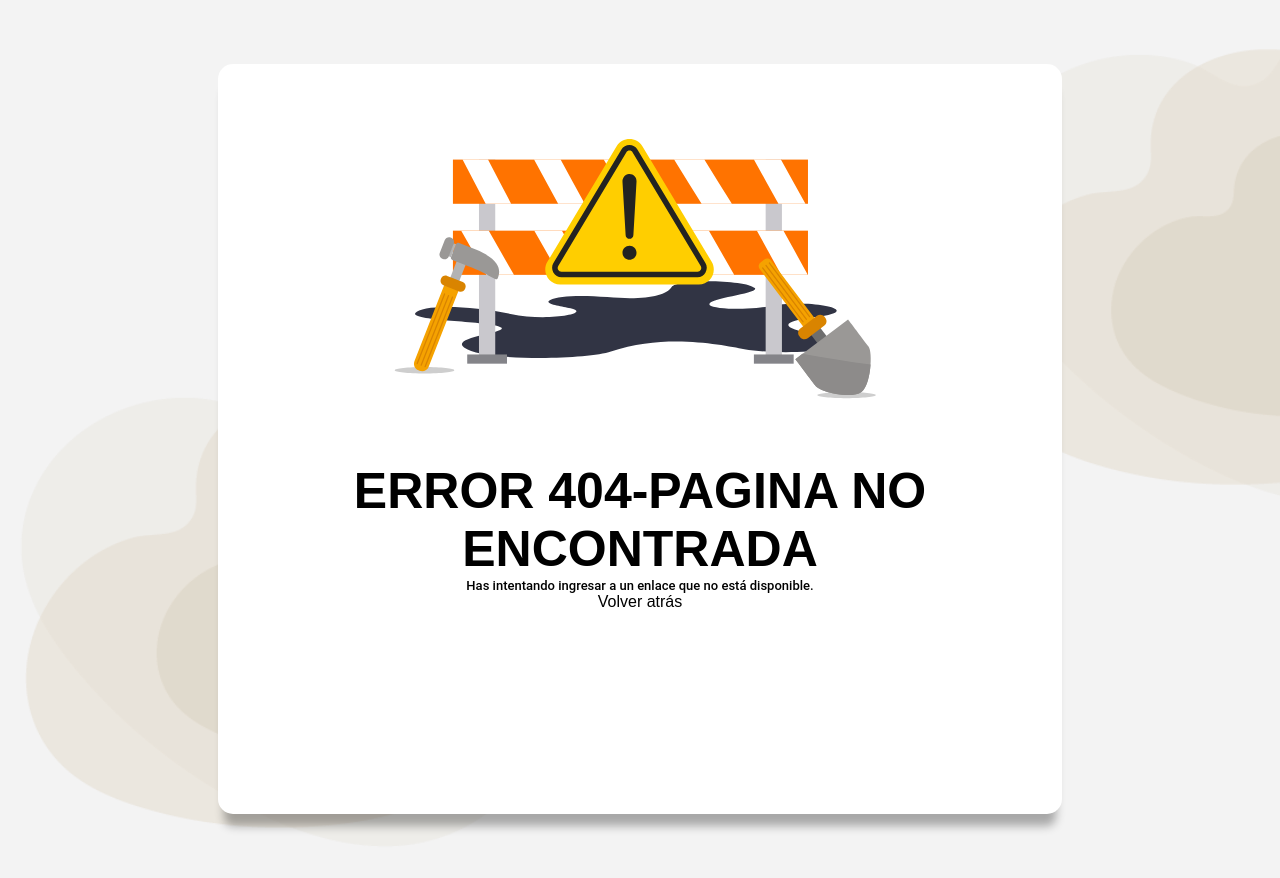
Repository: AlejandraBarrachina23/TPIntegrador_Barrachina_Java
Page: http://localhost/Alejandra_Barrachina_TP_Integrador1/error404.jsp
The author's editor kept a copy of each file at every save. The page is drawn from the files as they stood at one save, then again after the next save.
The browser window is 1280 px wide. The pictures show the whole page.
Some web libraries are served in a nearby version. The page is served by Tomcat 9. Nobody is signed in. The application's start-up code is not run.

Above is the page before, as saved 2019-12-04 22:24:09.

After the next save:
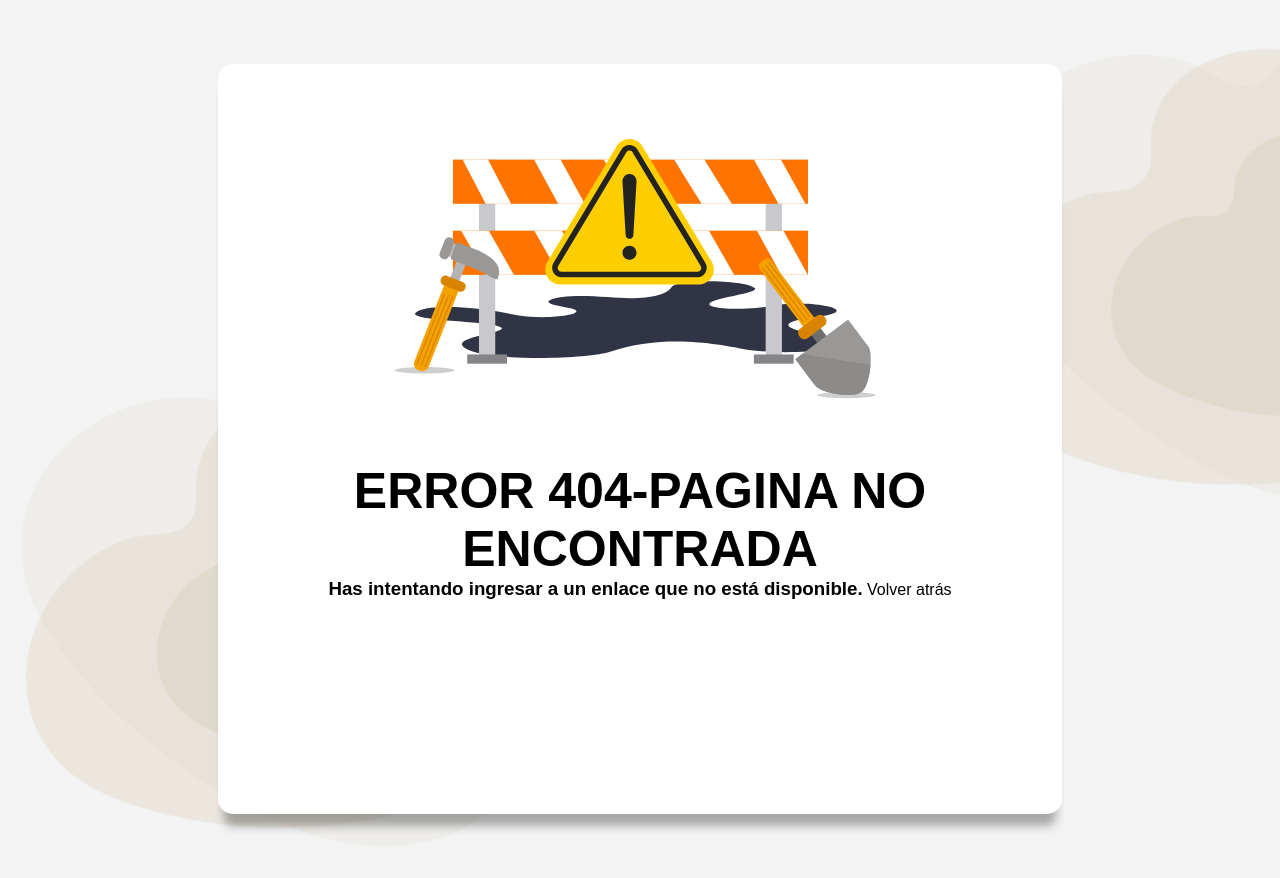
Saved 7 s later.
--- a/Alejandra_Barrachina_TP_Integrador1/WebContent/error404.jsp
+++ b/Alejandra_Barrachina_TP_Integrador1/WebContent/error404.jsp
@@ -14,8 +14,7 @@
 <div id="error-404">
 		<img src="img/404.svg" alt="icono-advertencia" class="">
 		<h2>ERROR 404-PAGINA NO ENCONTRADA</h2>
-		<h3></h3>
-		<p>Has intentando ingresar a un enlace que no está disponible. </p>
+		<h3>Has intentando ingresar a un enlace que no está disponible.</h3>
 		<a href="javascript:window.history.back();"> Volver atrás</a>
 </div>
 
